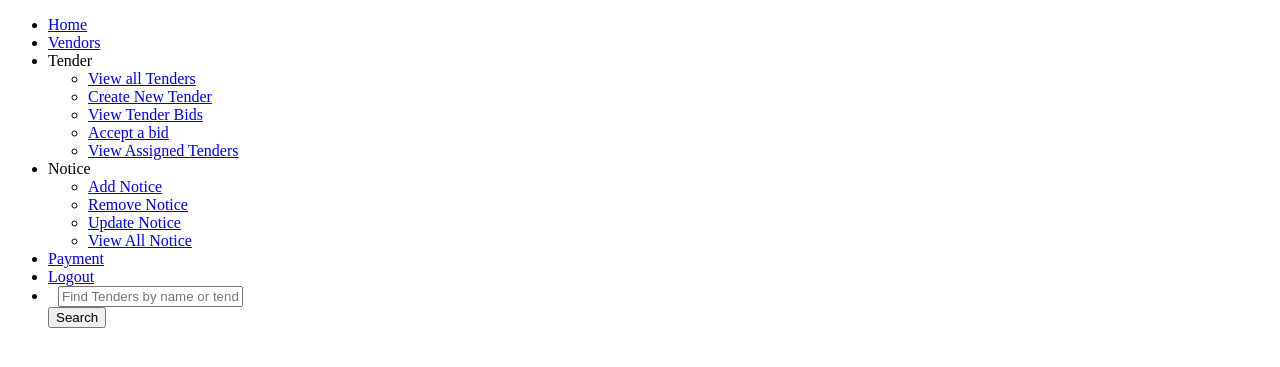
Repository: ShrikantSurve57/Tender-Allotment
Page: http://localhost/tendermanagement/adminMenu.jsp
These files come from the project's save history. The page is drawn as it stood at one moment and after the next save; the edit follows.
The browser window is 1280 px wide. The pictures show the whole page.
The page is served by Tomcat 9.

Above is the page before, as saved 2026-01-22 14:57:37.

After the next save:
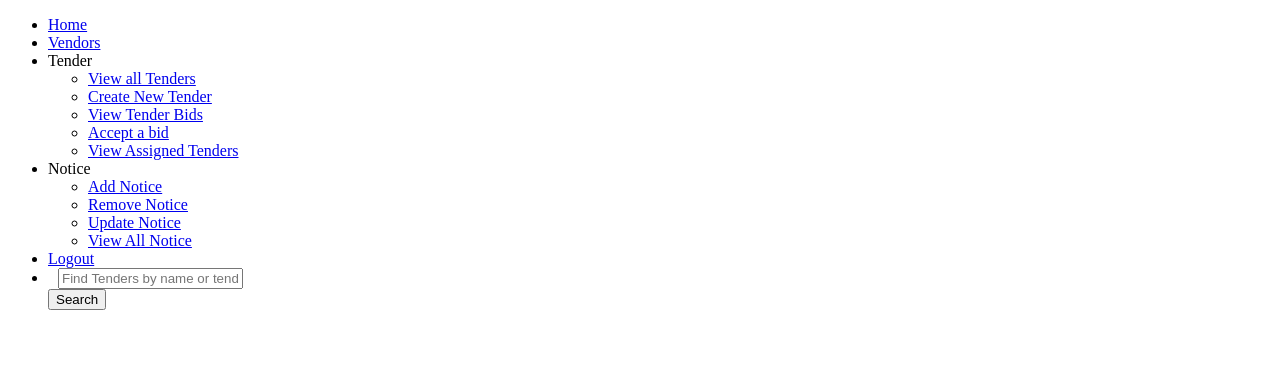
Saved 3 min 25 s later.
--- a/tendermanagement/WebContent/adminMenu.jsp
+++ b/tendermanagement/WebContent/adminMenu.jsp
@@ -49,7 +49,7 @@
                   <li><a href="viewNotice.jsp">View All Notice</a></li>
                 </ul>
               </li>
-               <li><a href="payment.jsp">Payment</a></li>
+               <a href="payment.jsp">
 
              <li>
             	<a href="LogoutSrv">Logout</a>

After the save that followed:
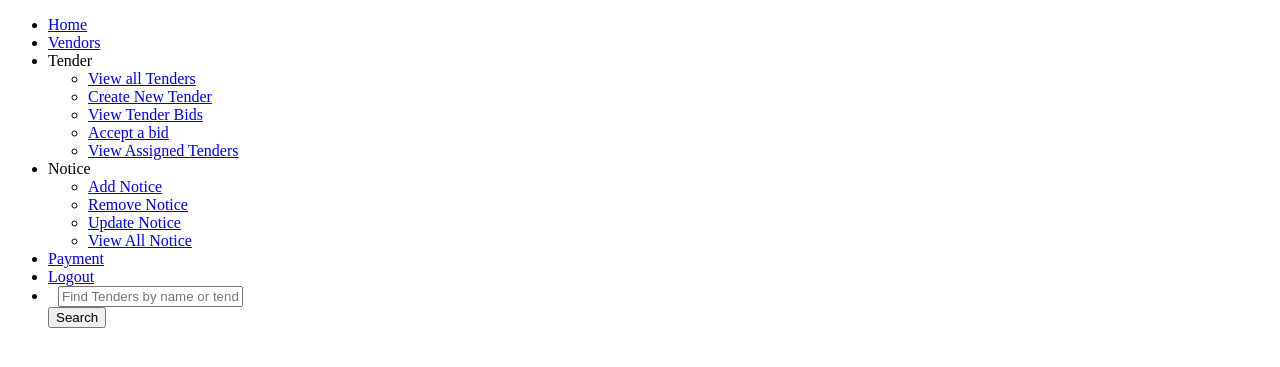
Saved 57 s later.
--- a/tendermanagement/WebContent/adminMenu.jsp
+++ b/tendermanagement/WebContent/adminMenu.jsp
@@ -49,7 +49,7 @@
                   <li><a href="viewNotice.jsp">View All Notice</a></li>
                 </ul>
               </li>
-               <a href="payment.jsp">
+               <li><a href="payment.jsp">Payment</a></li>
 
              <li>
             	<a href="LogoutSrv">Logout</a>
